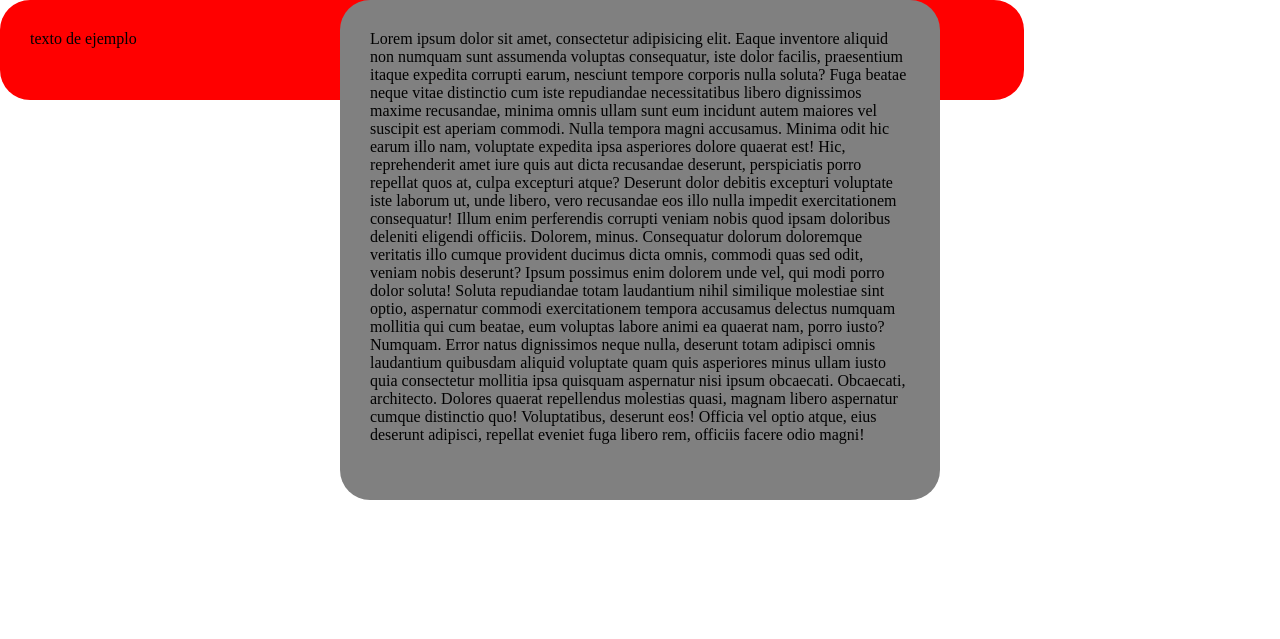
Repository: Daniel009980/daniel0099980
Page: desafio/index.html
The author's editor kept a copy of each file at every save. The page is drawn from the files as they stood at one save, then again after the next save.
The browser window is 1280 px wide. The pictures show the whole page.

Above is the page before, as saved 2022-09-19 01:43:46.

After the next save:
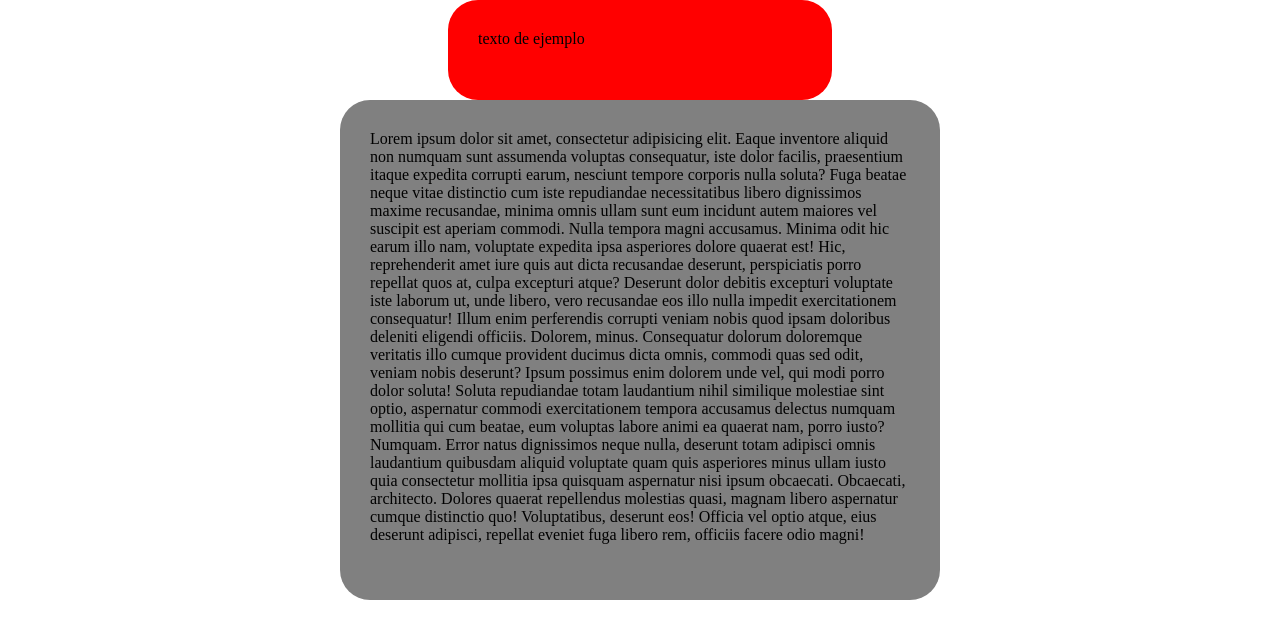
Saved 44 s later.
--- a/desafio/style.css
+++ b/desafio/style.css
@@ -6,18 +6,18 @@
 
 
 div{
-    position: absolute;
+
     border-radius: 30px;
     padding: 30px;
     background-color: red;
-    width: 80%;
+    width: 30%;
     min-width: 200px;
-    height: 100px;
+    min-height: 100px;
     margin: 0 auto;
 }
 
 section{
-    position: relative;
+
     padding: 30px;
     border-radius: 30px;
     width: 80%;
